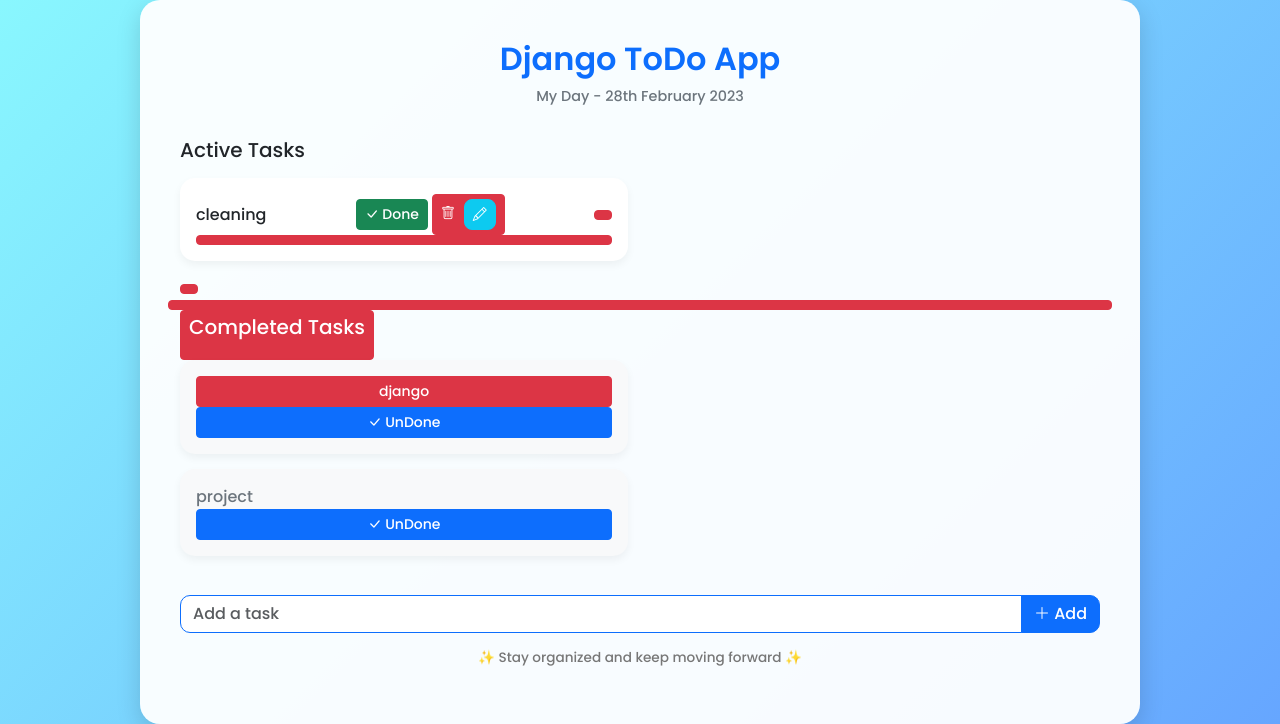
Repository: SAHLA-M/To-Do
Page: http://localhost/
An editor plug-in stored every save of this project. The page is shown before and after a run of saves, followed by the edit.
The browser window is 1280 px wide. The pictures show the whole page.
The page is served by the project's application, run on Django 5.2 (manage.py). The page reads the database file committed with the project.

Above is the page before, as saved 2025-11-13 00:00:01.

After the next 2 saves:
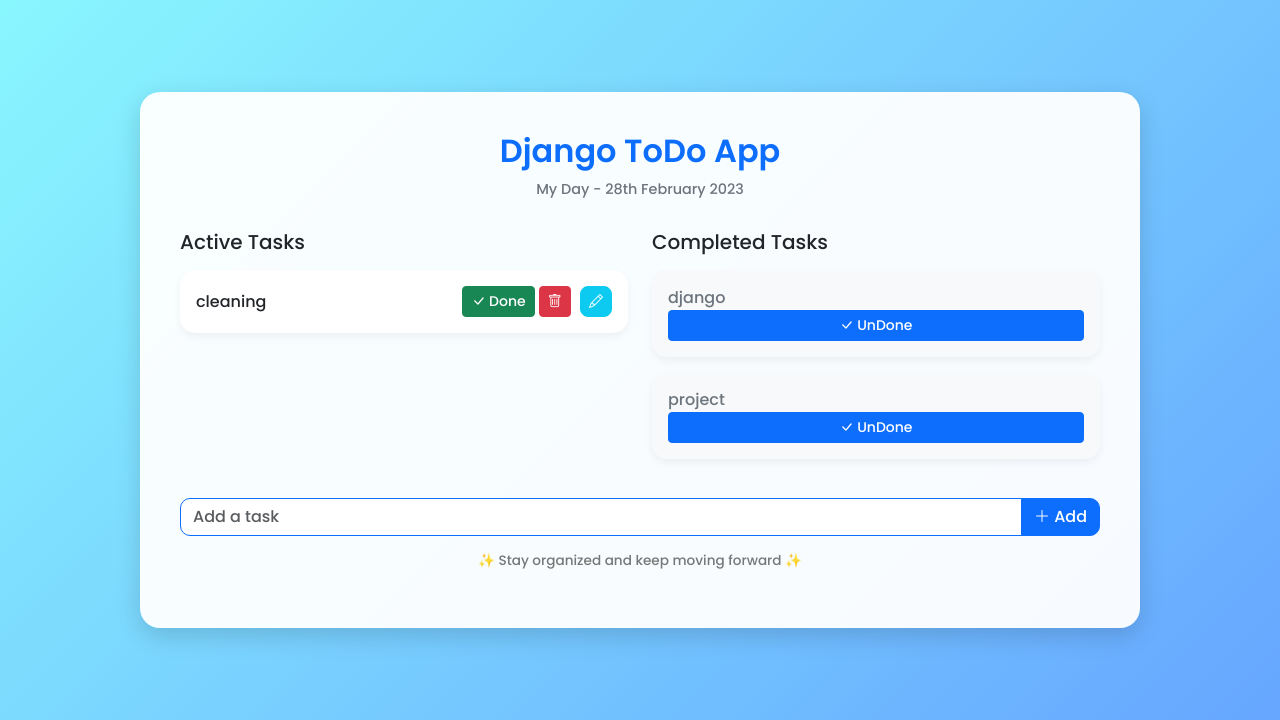
The 2 saves are shown as one change because they came seconds apart.
The last was saved 9 s later.
--- a/templates/home.html
+++ b/templates/home.html
@@ -107,7 +107,7 @@
             <span>{{ task.task }}</span>
             <div class="task-buttons">
               <a href="{% url 'mark_as_done' task.id %}" class="btn btn-success btn-sm"><i class="bi bi-check-lg"></i> Done</a>
-              <a href="{% url 'mark_as_done' task.id %}"  class="btn btn-danger btn-sm"><i class="bi bi-trash"></i></button>
+              <a href="{% url 'mark_as_done' task.id %}"  class="btn btn-danger btn-sm"><i class="bi bi-trash"></i></a>
               <button class="btn btn-info btn-sm text-white"><i class="bi bi-pencil"></i></button>
             </div>
           </div>
